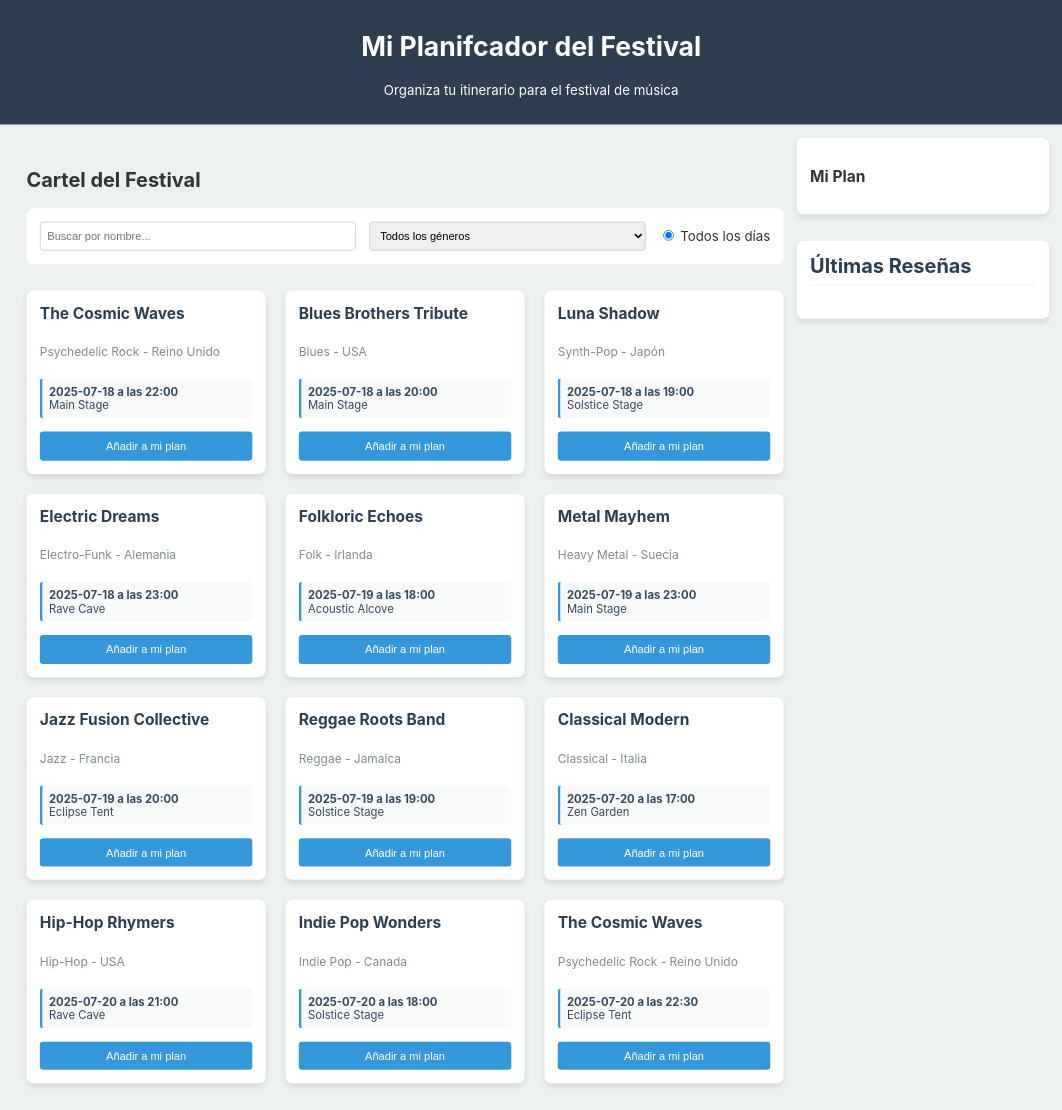
Repository: rotoforze/DWEC
Page: 2_examen_alexBernardos/index.html
An editor plug-in stored every save of this project. The page is shown before and after the next save, followed by the edit.
The browser window is 1280 px wide. The pictures show the whole page, at 83% of full size.

Above is the page before, as saved 2025-12-12 11:41:39.

After the next save:
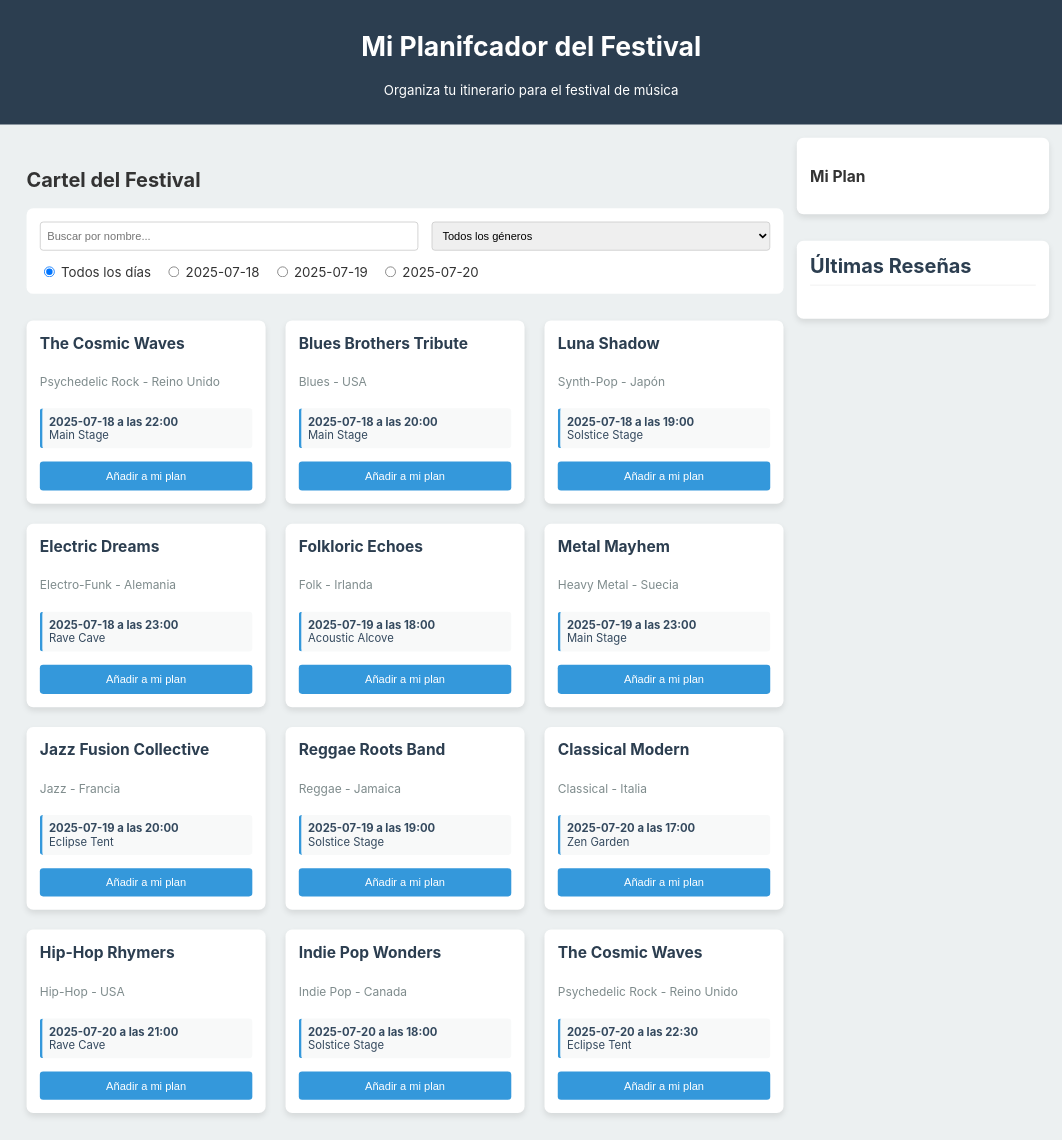
Saved 5 s later.
--- a/2_examen_alexBernardos/js/dataManager.js
+++ b/2_examen_alexBernardos/js/dataManager.js
@@ -20,7 +20,7 @@ export async function cargarDatos() {
 
     sacarGeneros();
     ponerGenerosEnSelect();
-    // ponerFechas();
+    ponerFechas();
     renderTarjetas(horarios);
 }
 
